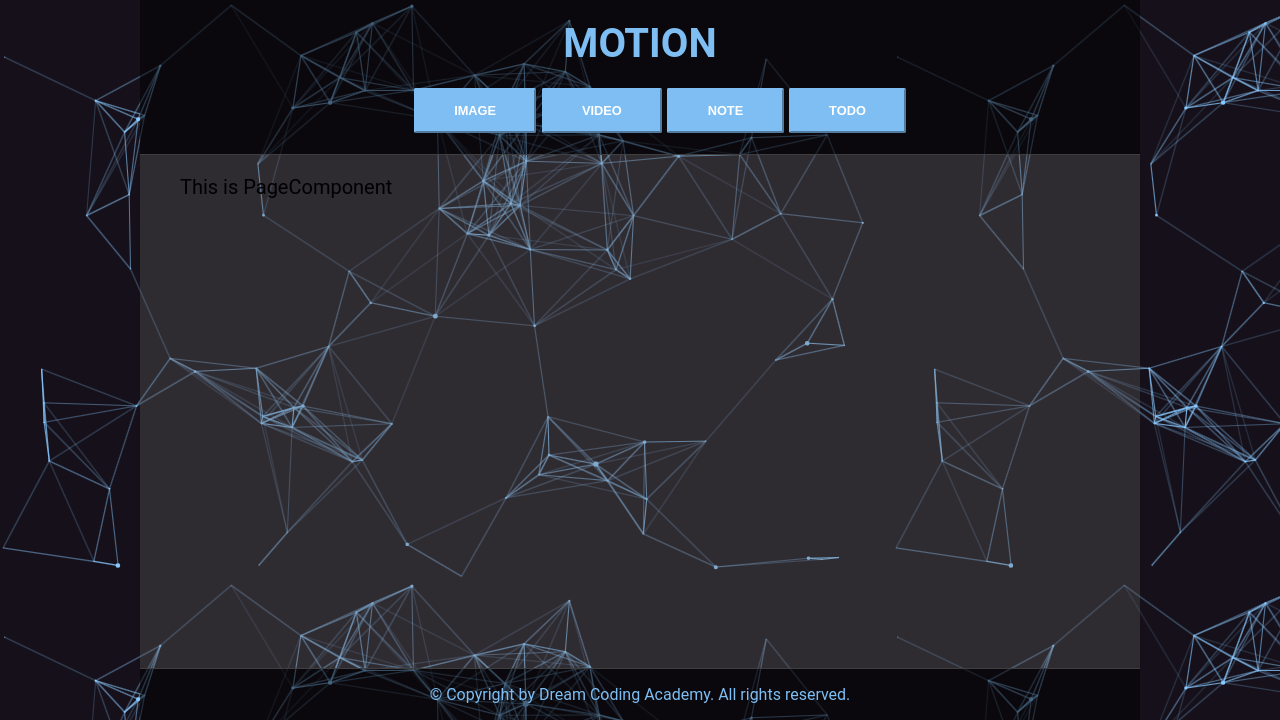
Repository: chefkuna/Motion
Page: index.html
The author's editor kept a copy of each file at every save. The page is drawn from the files as they stood at one save, then again after the next save.
The browser window is 1280 px wide. The pictures show the whole page.

Above is the page before, as saved 2022-08-21 23:15:19.

After the next save:
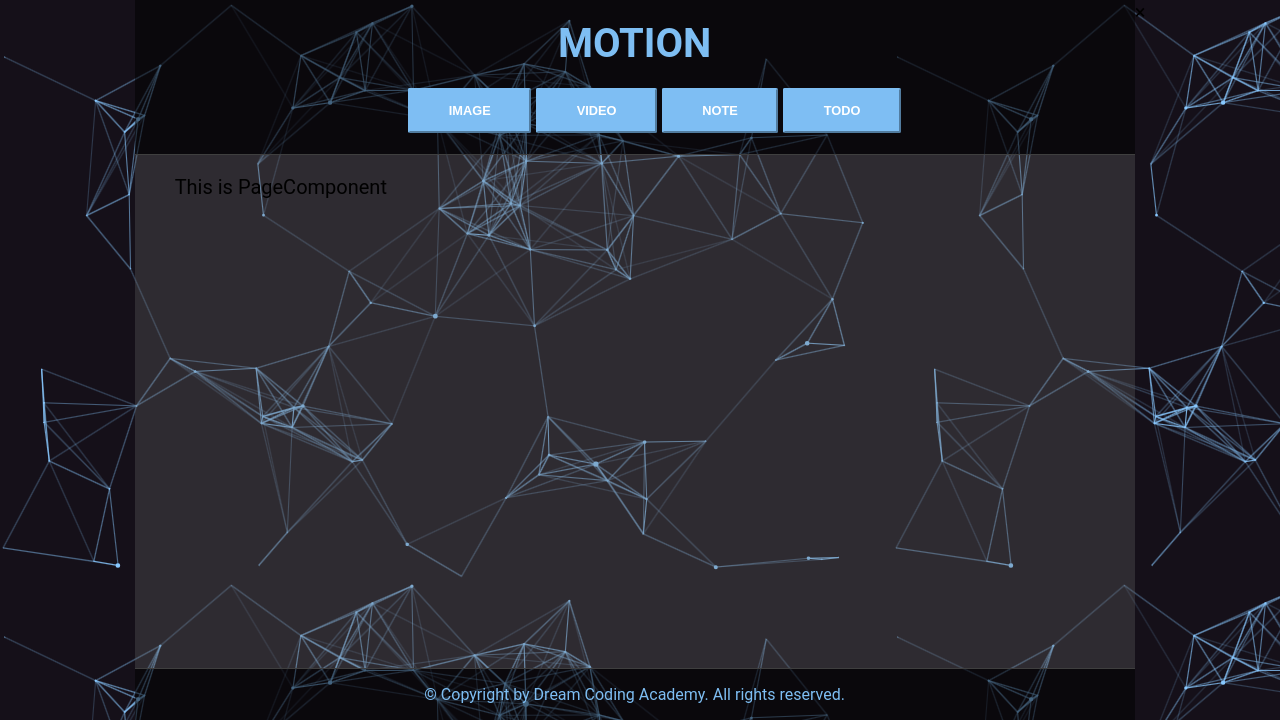
Saved 22 h 52 min later.
--- a/index.html
+++ b/index.html
@@ -27,3 +27,10 @@
 
 </body>
 </html>
+
+<li class="page-item">
+  <section class="page-item__body"></section>
+  <div class="page-item__controls">
+    <span class="close">&times;</span>
+  </div>
+</li>

After the 2 saves that followed:
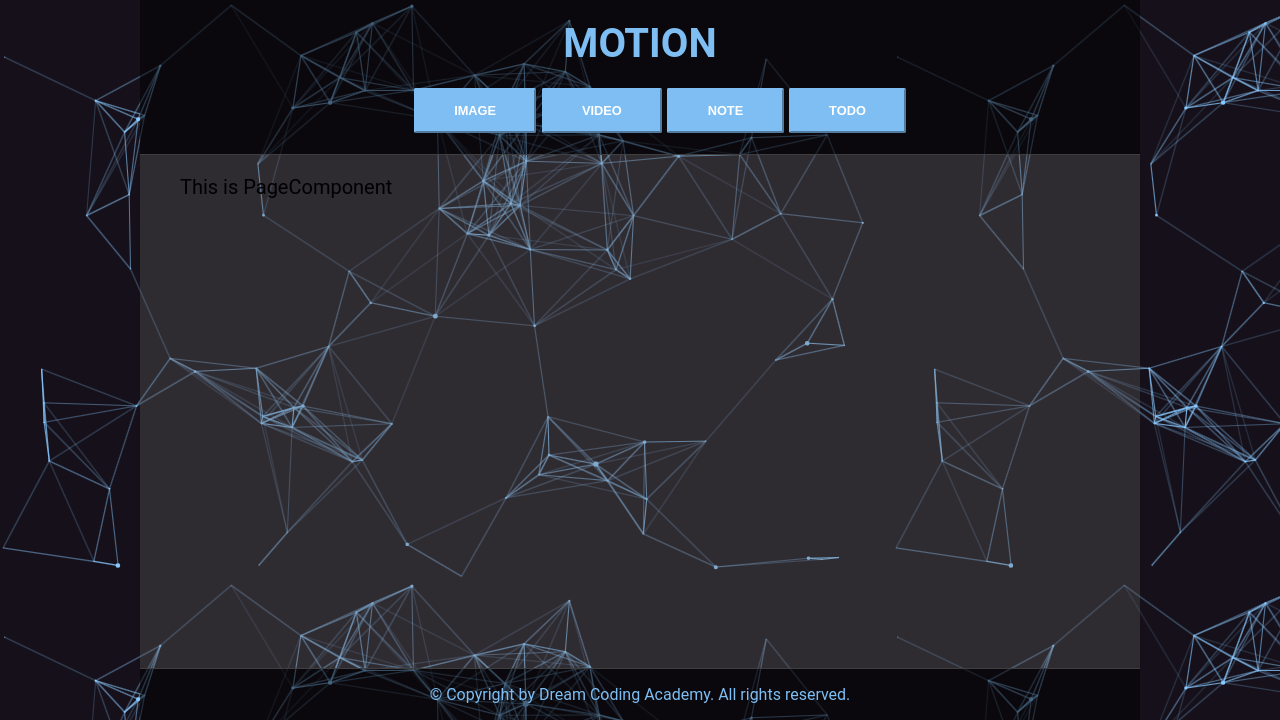
The 2 saves are shown as one change because they came seconds apart.
The last was saved 16 s later.
--- a/index.html
+++ b/index.html
@@ -27,10 +27,3 @@
 
 </body>
 </html>
-
-<li class="page-item">
-  <section class="page-item__body"></section>
-  <div class="page-item__controls">
-    <span class="close">&times;</span>
-  </div>
-</li>
